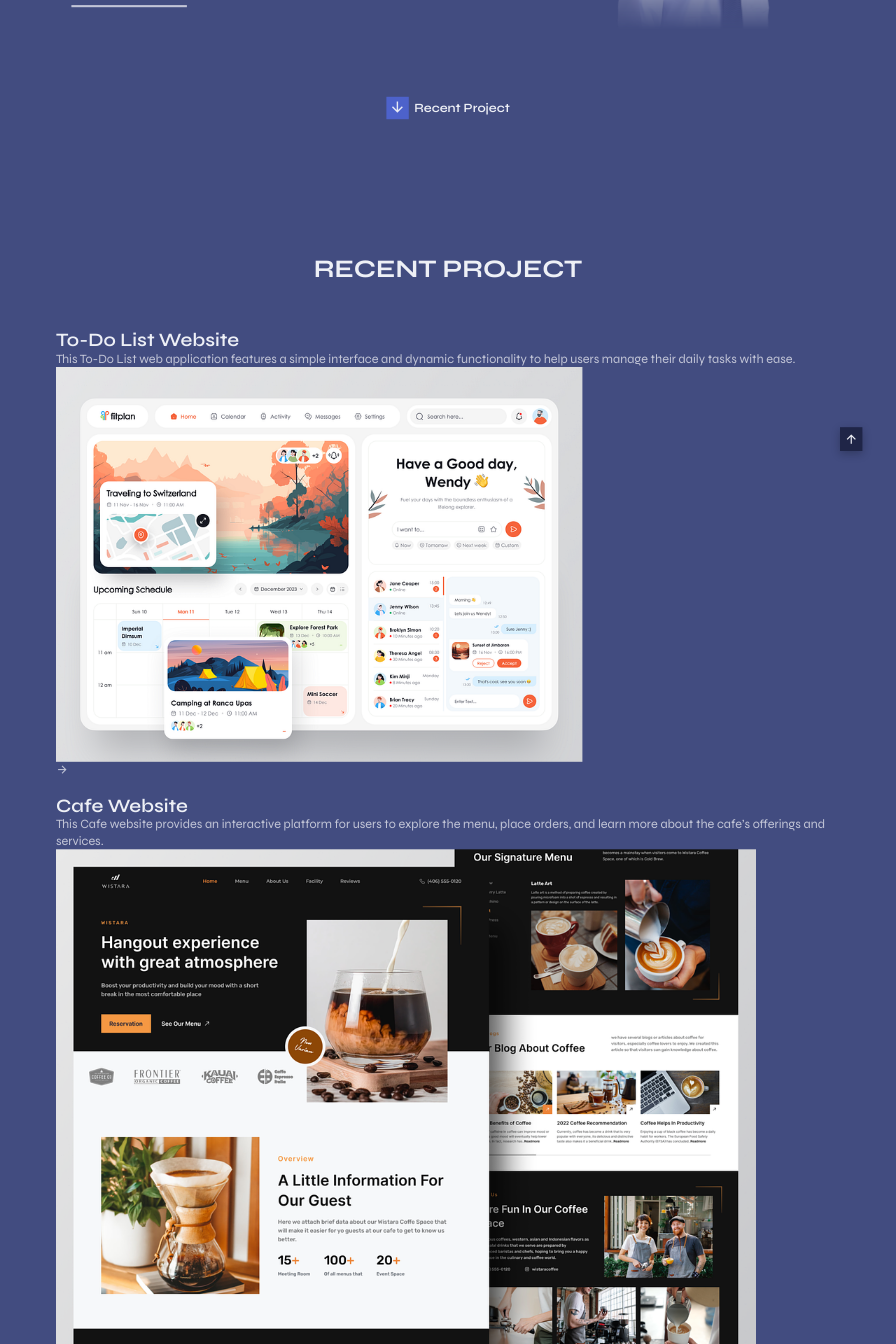
Repository: Ademaulana100499/amgrowth
Page: /
The author's editor kept a copy of each file at every save. The page is drawn from the files as they stood at one save, then again after the next save.
The browser window is 1280 px wide. The pictures show the part of the page from y = 436 to 2356 px (the page is 8561 px tall before and 9464 px after), at 70% of full size.
Some web fonts or font styles are not loaded; a fallback is used. The project was rebuilt for these pictures with package versions that can differ from the ones it lists, and the page was loaded fresh each time. Also part of the build but not shown: vite.config.js.

Above is the page before, as saved 2024-12-06 12:19:00.

### index.html
<!doctype html>
<html lang="en">
  <head>
    <meta charset="UTF-8" />
    <meta name="viewport" content="width=device-width, initial-scale=1.0" />
    <title>AMgrowth</title>
    <link rel="shortcut icon" href="src/assets/img/Favicon.png" />
    <link
      href="https://cdn.jsdelivr.net/npm/remixicon/fonts/remixicon.css"
      rel="stylesheet"
    />

    <link
      rel="stylesheet"
      href="https://fonts.googleapis.com/css2?family=Kite+One&family=Oooh+Baby&family=Orelega+One&family=Poppins:ital,wght@0,100;0,200;0,300;0,400;0,500;0,600;0,700;0,800;0,900;1,100;1,200;1,300;1,400;1,500;1,600;1,700;1,800;1,900&family=Syne:wght@400..800&display=swap"
    />
  </head>
    <div id="root"></div>
    <script type="module" src="/src/main.jsx"></script>
    <script src="https://cdn.jsdelivr.net/npm/@emailjs/browser@4/dist/email.min.js"></script>
    <script src="https://unpkg.com/scrollreveal"></script>
  </body>
</html>

### src/components/Home/index.jsx
import "./style.css";
export const Home = (props) => {
  const { imageHome, biodata } = props;
  return (
    <section className="home section" id="home">
      <div className="container grid home__container">
        <img
          id="image_home"
          src={imageHome}
          alt="image"
          className="home__img"
        />
        <div className="home__data">
          <h1 className="home__name">
            {biodata.firstName} <br /> {biodata.lastName}
          </h1>
          <h3 className="home__profession">{biodata.profession}</h3>
        </div>
        <a href="#project" className="home__scroll">
          <div className="home__scroll-box">
            <i className="ri-arrow-down-line"></i>
          </div>
          <span className="home__scroll-text">Recent Project</span>
        </a>
      </div>
    </section>
  );
};

### src/components/Projects/index.jsx
import "./style.css";
export const Projects = (props) => {
  const { projects } = props;
  return (
    <section className="projects section" id="projects">
      <h2 className="section__title">RECENT PROJECT</h2>
      <div className="grid container projects__container">
        {projects.map((item) => (
          <article className="projects__card" key={item.id}>
            <a
              href={item.link}
              target="_blank"
              className="projects__overlay"
            ></a>
            <a href={item.link} target="_blank" className="projects__link">
              <h2 className="projects__title">{item.title}</h2>
              <p className="projects__description">{item.description}</p>
              <img src={item.image} alt="image" className="projects__img" />
              <i className="ri-arrow-right-line"> </i>
            </a>
          </article>
        ))}
      </div>
    </section>
  );
};

### src/components/Info/index.jsx
import "./style.css";
export const Info = (props) => {
  const { imageInfo, biodata, experience, skills } = props;
  return (
    <section className="info section" id="my info">
      <h2 className="section__title">MY INFO</h2>
      <div className="container grid info__container">
        <div className="grid about">
          <div className="about__content">
            <h3 className="info__title">About Me</h3>
            <p className="about__description">{biodata.description}</p>
            <a
              href={biodata.cv}
              target="_blank"
              className="button about__button"
            >
              Download CV
            </a>
          </div>

          <img
            id="image_about"
            src={imageInfo}
            alt="image"
            className="about__img"
          />
        </div>
        <div className="experience">
          <h3 className="info__title">Experience</h3>
          <div className="grid experience__content">
            {experience.map((item, index) => (
              <div key={index} className="grid experience__data">
                <h2 className="experience__company">{item.company}</h2>
                <div>
                  <h3 className="experience__professsion">{item.profession}</h3>
                  <span className="experience__date">{item.date}</span>
                  <p className="experience__description">{item.description}</p>
                </div>
              </div>
            ))}
          </div>
        </div>
        <div className="skills">
          <h3 className="info__title">Skills</h3>
          <div className="grid skills__content">
            {skills.map((item, index) => (
              <div key={index} className="skills__box">
                <img src={item.image} alt="image" className="skills__img" />
                <span className="skills__name">{item.skill}</span>
              </div>
            ))}
          </div>
        </div>
      </div>
    </section>
  );
};

### src/components/Services/index.jsx
import "./style.css";
export const Services = (props) => {
  const { services } = props;
  return (
    <section className="services section" id="services">
      <h2 className="section__title">SERVICES</h2>
      <div className="container grid services__container">
        {services.map((item) => (
          <article className="services__card" key={item.id}>
            <i className={`services__icon ${item.icon}`}></i>
            <h3 className="services__title">{item.title}</h3>
            <p className="services__description">{item.description}</p>
          </article>
        ))}
      </div>
    </section>
  );
};

### src/components/Contact/index.jsx
import "./style.css";
import React, { useState } from "react";

export const Contact = (props) => {
  const { socialMedia } = props;
  const [messageStatus, setMessageStatus] = useState("");

  const sendEmail = (e) => {
    e.preventDefault();

    window.emailjs
      .sendForm(
        "service_sdhvkru",
        "template_eizoi7m",
        "#contact-form",
        "x-9QR59Q68dJyMtjv"
      )
      .then(
        () => {
          setMessageStatus("Message sent successfully ✅");
          setTimeout(() => {
            setMessageStatus("");
          }, 5000);
          e.target.reset();
        },
        () => {
          setMessageStatus("Message not sent (services error) ❌");
        }
      );
  };
  return (
    <section className="contact section " id="contact me">
      <h2 className="section__title">CONTACT ME</h2>
      <div className="container grid contact__container">
        <form
          action=""
          className="grid contact__form"
          id="contact-form"
          onSubmit={sendEmail}
        >
          <div className="grid contact__group">
            <input
              type="text"
              name="user_name"
              placeholder="Names"
              className="contact__input"
            />
            <input
              type="email"
              name="user_email"
              placeholder="Email"
              className="contact__input"
            />
          </div>
          <textarea
            name="user_message"
            placeholder="Message"
            required
            className="contact__input contact__area"
            id=""
          ></textarea>
          <button className="button contact__button">Send Message</button>
          <p className="contact__message">{messageStatus}</p>
        </form>

        <div className="grid contact__social">
          {socialMedia.map((item) => (
            <a
              href={item.link}
              target="_blank"
              className="contact__social-link"
              key={item.id}
            >
              <i className={item.icon}></i>
              <span>{item.name}</span>
            </a>
          ))}
        </div>
      </div>
    </section>
  );
};

### src/components/Footer/index.jsx
import "./style.css";
export const Footer = (props) => {
  const { navList, footerCopy } = props;
  return (
    <footer className="footer" id="footer">
      <div className="container grid footer__container">
        <ul className="footer__links">
          <li>
            <a href="#home" className="footer__link">
              {navList[0]}
            </a>
          </li>
          <li>
            <a href="#project" className="footer__link">
              {navList[1]}
            </a>
          </li>
          <li>
            <a href="#info" className="footer__link">
              {navList[2]}
            </a>
          </li>
        </ul>
        <span className="footer__copy">{footerCopy}</span>
      </div>
    </footer>
  );
};

### src/components/Scroll/index.jsx
import React, { useEffect } from "react";
import "./style.css";

export const Scroll = () => {
  useEffect(() => {
    const scrollUp = () => {
      const scrollUp = document.getElementById("scroll-up");
      if (window.scrollY >= 350) {
        scrollUp.classList.add("show-scroll");
      } else {
        scrollUp.classList.remove("show-scroll");
      }
    };
    window.addEventListener("scroll", scrollUp);
    return () => {
      window.removeEventListener("scroll", scrollUp);
    };
  }, []);

  return (
    <a href="#" className="scrollup" id="scroll-up">
      <i className="ri-arrow-up-line"></i>
    </a>
  );
};

### src/components/Reveal/index.jsx
import React, { useEffect } from "react";

export const Reveal = () => {
  useEffect(() => {
    const sr = ScrollReveal({
      origin: "top",
      distance: "60px",
      duration: 2500,
      delay: 400,
    });

    sr.reveal(".home__data, .experience, .skills, .contact__container");
    sr.reveal(".home__img", { delay: 500 });
    sr.reveal(".home__scroll", { delay: 700 });
    sr.reveal(".project__card, .services__card", { interval: 100 });
    sr.reveal(".about__content", { origin: "right" });
    sr.reveal(".about__img", { origin: "left" });

    return () => {
      sr.destroy();
    };
  }, []);
  return <div></div>;
};

### src/components/Theme/index.jsx
import React, { useState, useEffect } from "react";
import "./style.css";

const Theme = ({ logo, setLogoSrc }) => {
  const [isLightMode, setIsLightMode] = useState(false);

  useEffect(() => {
    const savedTheme = localStorage.getItem("lightmode");
    if (savedTheme === "active") {
      setIsLightMode(true);
    } else {
      setIsLightMode(false);
    }
  }, []);

  useEffect(() => {
    if (isLightMode) {
      document.body.classList.add("lightmode");
      localStorage.setItem("lightmode", "active");
      setLogoSrc(logo.imageBlack);
    } else {
      document.body.classList.remove("lightmode");
      localStorage.setItem("lightmode", null);
      setLogoSrc(logo.imageWhite);
    }
  }, [isLightMode, logo.imageBlack, logo.imageWhite, setLogoSrc]);

  const toggleTheme = () => {
    setIsLightMode((prevMode) => !prevMode);
  };

  return (
    <button
      id="theme-switch"
      className="theme-switch"
      onClick={toggleTheme}
      style={{ cursor: "pointer" }}
    >
      {isLightMode ? (
        <i className="ri-moon-line"></i>
      ) : (
        <i className="ri-sun-line"></i>
      )}
    </button>
  );
};

export default Theme;

### src/components/Home/style.css
/* HOME */
.home__container {
  row-gap: 2rem;
  padding-top: 1rem;
}

.home__img {
  width: 350px;
  justify-self: center;
  mask-image: linear-gradient(
    to bottom,
    hsla(var(--hue), 40%, 16%) 60%,
    transparent 100%
  );
}
.home__name {
  font-size: var(--biggest-font-size);
  font-weight: var(--font-bold);
  word-break: break-word;
  margin-bottom: 1rem;
}
.home__profession {
  position: relative;
  font-size: var(--big-font-size);
  color: var(--text-color);
}
.home__profession::after {
  content: "";
  position: absolute;
  left: 0;
  bottom: -0.5rem;
  width: 25%;
  height: 3px;
  background-color: var(--text-color);
}
.home__scroll {
  color: var(--title-color);
  display: inline-flex;
  align-items: center;
  column-gap: 0.5rem;
  justify-self: center;
  margin-top: 3rem;
}
.home__scroll-box {
  background-color: var(--first-color);
  width: 32px;
  height: 32px;
  display: grid;
  place-items: center;
  font-size: 1.5rem;
  overflow: hidden;
}

.home__scroll-text {
  font-weight: var(--font-semi-bold);
}
.home__scroll-box i {
  animation: scroll-down 3s infinite;
}
/* animation scroll icon */
@keyframes scroll-down {
  0% {
    transform: translateY(-1rem);
    opacity: 0;
  }
  50% {
    transform: translateY(0);
    opacity: 1;
  }
  100% {
    transform: translateY(0.6rem);
    opacity: 0;
  }
}

/* BREAKPOINTS */

/* For small devices */
@media screen and (max-width: 300px) {
  .container {
    margin-inline: 1rem;
  }
  .skills__content {
    grid-template-columns: repeat(2, max-content);
  }
}

/* For medium devices */
@media screen and (min-width: 540px) {
  .home__container {
    grid-template-columns: 350px;
    justify-content: center;
  }
}

@media screen and (min-width: 768px) {
  .home__container {
    grid-template-columns: repeat(2, 350px);
  }
  .home__data {
    align-self: flex-end;
    padding-bottom: 3rem;
    order: -1;
  }
  .home__scroll {
    grid-column: 1/3;
  }
}

/* for large devices */
@media screen and (min-width: 1150px) {
  .container {
    margin-inline: auto;
  }
  .section {
    padding-block: 7rem 5rem;
  }
  .home__container {
    grid-template-columns: 470px 350px;
    gap: 3rem 16rem;
  }
  .home__img {
    width: 350px;
  }
  .home__name {
    margin-bottom: 1.5rem;
  }
  .home__profession::after {
    bottom: -1rem;
    width: 35%;
  }
}

### src/components/Projects/style.css
/* Project */
.project {
  background-color: var(--container-color);
}
.project__card {
  background-color: var(--first-color);
}
.project__img {
  width: 100%;
}
.project__link {
  display: block;
  position: relative;
  background-color: var(--body-color);
  padding: 2rem 1.5rem 1.5rem 1.5rem;
  color: var(--text-color);
  transition: transform 0.4s;
}
.project__title {
  font-size: var(--h3-font-size);
  margin-bottom: 0.75rem;
}

.project__description {
  margin-bottom: 1.5rem;
}
.project__link i {
  position: absolute;
  top: 1.8rem;
  right: 1.5rem;
  font-size: 1.5rem;
  color: var(--first-color-light);
  transition: transform 0.4s;
}
.project__link:hover {
  transform: translateY(-0.35rem);
}

.project__link:hover i {
  transform: translateX(0.5rem);
}

/* BREAKPOINTS */

/* For medium devices */
@media screen and (min-width: 540px) {
  .project__container {
    grid-template-columns: 350px;
    justify-content: center;
  }
}

@media screen and (min-width: 768px) {
  .project__container {
    grid-template-columns: repeat(2, 390px);
  }
}

/* for large devices */
@media screen and (min-width: 1150px) {
  .section__title {
    margin-bottom: 4rem;
  }
  .project__container {
    grid-template-columns: repeat(2, 540px);
    gap: 2.5rem;
  }
  .project__link {
    padding: 3rem 3rem 2rem;
  }
  .project__title {
    font-size: var(--h2-font-size);
    margin-bottom: 1rem;
  }
  .project__link i {
    font-size: 2rem;
  }
}

### src/components/Services/style.css
/* SERVICES */
.services {
  background-color: var(--container-color);
}
.services__container {
  row-gap: 2rem;
}

.services__icon {
  display: block;
  color: var(--first-color-light);
  font-size: 2rem;
  margin-bottom: 1dvb;
}

.services__title {
  font-size: var(--h3-font-size);
  margin-bottom: 0.75rem;
}

/* BREAKPOINTS */

/* For small devices */
@media screen and (max-width: 300px) {
  .container {
    margin-inline: 1rem;
  }
}

/* For medium devices */
@media screen and (min-width: 540px) {
  .services__container {
    grid-template-columns: 350px;
    justify-content: center;
  }
}

@media screen and (min-width: 768px) {
  .services__container {
    grid-template-columns: repeat(2, 320px);
  }
}

/* for large devices */
@media screen and (min-width: 1150px) {
  .container {
    margin-inline: auto;
  }
  .section {
    padding-block: 7rem 5rem;
  }
  .section__title {
    margin-bottom: 4rem;
  }

  .services__container {
    grid-template-columns: repeat(2, 350px);
    gap: 6rem 13rem;
  }
  .services__icon {
    font-size: 2.5rem;
    margin-bottom: 1.5rem;
  }
}

### src/components/Contact/style.css
/* CONTACT */
.contact__container {
  row-gap: 4rem;
}

.contact__group,
.contact__form {
  gap: 1rem;
}

.contact__form {
  position: relative;
}

.contact__input {
  padding: 1.25rem;
  background-color: var(--container-color);
  color: var(--title-color);
  font-weight: var(--font-semi-bold);
}
.contact__input::placeholder {
  color: var(--text-color-light);
}
.contact__area {
  height: 10rem;
  resize: none;
}
.contact__button {
  margin-top: 1rem;
  cursor: pointer;
}
.contact__social {
  grid-template-columns: repeat(2, max-content);
  justify-content: center;
  column-gap: 3rem;
}

.contact__social-link {
  color: var(--title-color);
  display: inline-flex;
  column-gap: 0.25rem;
  align-items: center;
  transition: color 0.4s;
}
.contact__social-link i {
  font-size: 1.5rem;
}
.contact__social-link span {
  font-size: var(--small-font-size);
  font-weight: var(--font-semi-bold);
}
.contact__social-link:hover {
  color: var(--first-color-light);
}

.contact__message {
  position: absolute;
  left: 0;
  bottom: -2rem;
  font-size: var(--small-font-size);
  font-weight: var(--font-semi-bold);
  color: var(--title-color);
}

/* BREAKPOINTS */

/* For small devices */
@media screen and (max-width: 300px) {
  .container {
    margin-inline: 1rem;
  }
}

/* For medium devices */
@media screen and (min-width: 540px) {
  .contact__container {
    grid-template-columns: 350px;
    justify-content: center;
  }
  .contact__social {
    grid-template-columns: repeat(3, max-content);
    column-gap: 5rem;
  }
}

/* for large devices */
@media screen and (min-width: 1150px) {
  .container {
    margin-inline: auto;
  }
  .section {
    padding-block: 7rem 5rem;
  }
  .section__title {
    margin-bottom: 4rem;
  }

  .contact__container {
    grid-template-columns: 580px;
  }
  .contact__group {
    grid-template-columns: repeat(2, 1fr);
  }
  .contact__area {
    height: 15rem;
  }
  .contact__button {
    width: max-content;
    justify-self: center;
    margin-top: 1.5rem;
  }
  .contact__message {
    bottom: 4.5rem;
  }
  .contact__social {
    grid-template-columns: repeat(3, max-content);
    column-gap: 5rem;
  }
}

### src/components/Footer/style.css
/* FOOTER */
.footer {
  background-color: var(--container-color);
}

.footer__container {
  row-gap: 3rem;
  padding-block: 3rem 2rem;
}

.footer__links {
  display: flex;
  justify-content: center;
  column-gap: 2.5rem;
}
.footer__link {
  font-weight: var(--font-semi-bold);
  color: var(--title-color);
  transition: color 0.4s;
}
.footer__link:hover {
  color: var(--first-color-light);
}
.footer__copy {
  font-size: var(--small-font-size);
  color: var(--title-color);
  text-align: center;
}

/* BREAKPOINTS */

/* For small devices */
@media screen and (max-width: 300px) {
  .container {
    margin-inline: 1rem;
  }
}

/* for large devices */
@media screen and (min-width: 1150px) {
  .container {
    margin-inline: auto;
  }
  .section {
    padding-block: 7rem 5rem;
  }

  .footer__container {
    padding-block: 3rem;
    grid-template-columns: repeat(2, max-content);
    justify-content: space-between;
  }
  .footer__links {
    column-gap: 4rem;
    order: 1;
  }
  .scrollup {
    right: 3rem;
  }
}

### src/components/Scroll/style.css
/* SCROLL BAR */
::-webkit-scrollbar {
  width: 0.6rem;
  background-color: hsl(var(--hue), 20%, 20%);
}
::-webkit-scrollbar-thumb {
  background-color: hsl(var(--hue), 20%, 30%);
}
::-webkit-scrollbar-thumb:hover {
  background-color: hsl(var(--hue), 20%, 40%);
}

/* SCROLL UP */
.scrollup {
  position: fixed;
  right: 1rem;
  bottom: -50%;
  background-color: var(--container-color);
  padding: 6px;
  color: var(--title-color);
  display: inline-flex;
  font-size: 1.25rem;
  box-shadow: 0 4px 12px hsla(var(--hue), 30%, 8%, 0.3);
  z-index: var(--z-tooltip);
  transition: bottom 0.4s, transform 0.4s;
}
.scrollup:hover {
  transform: translateY(-0.5rem);
}

/* SHOW SCROLL */
.show-scroll {
  bottom: 3rem;
}

/* BREAKPOINTS */

@media screen and (min-width: 1150px) {
  .scrollup {
    right: 3rem;
  }
}

### src/components/Theme/style.css
#theme-switch {
  height: 30px;
  width: 30px;
  border-radius: 50%;
  background-color: var(--first-color-light);
  display: flex;
  justify-content: center;
  align-items: center;
}
#theme-switch:hover {
  cursor: pointer;
}
#theme-switch i {
  fill: var(--body-color);
  color: var(--text-color);
}

Loaded but not shown: src/main.jsx (common file); src/App.jsx (203 lines, source omitted); src/components/Header/style.css (313 lines, source omitted); src/components/Info/style.css (186 lines, source omitted); src/index.css (154 lines, source omitted); src/components/Header/index.jsx (90 lines, source omitted)

After the next save:
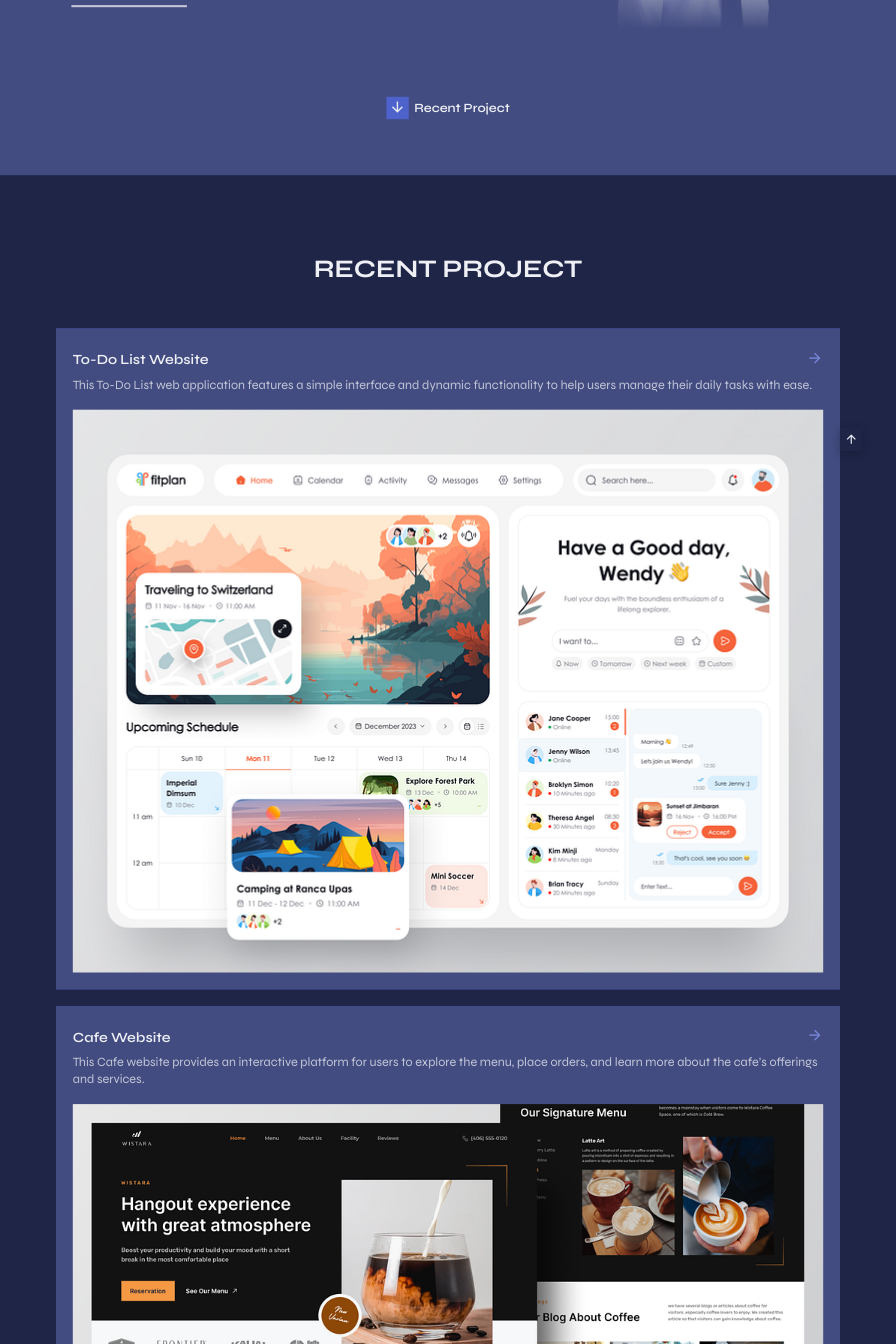
Saved 26 s later.
--- a/src/components/Projects/style.css
+++ b/src/components/Projects/style.css
@@ -1,14 +1,14 @@
-/* Project */
-.project {
+/* Projects */
+.projects {
   background-color: var(--container-color);
 }
-.project__card {
+.projects__card {
   background-color: var(--first-color);
 }
-.project__img {
+.projects__img {
   width: 100%;
 }
-.project__link {
+.projects__link {
   display: block;
   position: relative;
   background-color: var(--body-color);
@@ -16,15 +16,15 @@
   color: var(--text-color);
   transition: transform 0.4s;
 }
-.project__title {
+.projects__title {
   font-size: var(--h3-font-size);
   margin-bottom: 0.75rem;
 }
 
-.project__description {
+.projects__description {
   margin-bottom: 1.5rem;
 }
-.project__link i {
+.projects__link i {
   position: absolute;
   top: 1.8rem;
   right: 1.5rem;
@@ -32,11 +32,11 @@
   color: var(--first-color-light);
   transition: transform 0.4s;
 }
-.project__link:hover {
+.projects__link:hover {
   transform: translateY(-0.35rem);
 }
 
-.project__link:hover i {
+.projects__link:hover i {
   transform: translateX(0.5rem);
 }
 
